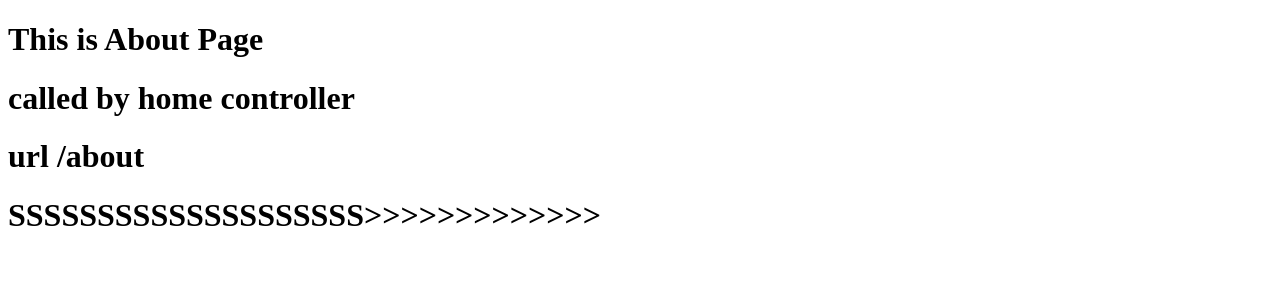
Repository: Sambit-23/Development
Page: http://localhost/springmvc/about
An editor plug-in stored every save of this project. The page is shown before and after the next save, followed by the edit.
The browser window is 1280 px wide. The pictures show the whole page.
The page is served by Tomcat 9. Other server files are loaded and not shown.

Above is the page before, as saved 2023-06-05 08:36:47.

### springmvc/src/main/webapp/WEB-INF/spring-servlet.xml
<?xml version="1.0" encoding="UTF-8"?>
<beans xmlns="http://www.springframework.org/schema/beans"
	xmlns:xsi="http://www.w3.org/2001/XMLSchema-instance"
	xmlns:context="http://www.springframework.org/schema/context"
	xmlns:p="http://www.springframework.org/schema/p"
	xsi:schemaLocation="http://www.springframework.org/schema/beans
    http://www.springframework.org/schema/beans/spring-beans.xsd
    http://www.springframework.org/schema/context
    http://www.springframework.org/schema/context/spring-context.xsd">

<context:component-scan base-package="springmvc.controller"></context:component-scan>
<bean class="org.springframework.web.servlet.view.InternalResourceViewResolver" name="viewResolver">
  <property name="prefix" value="/WEB-INF/views/" />
  <property name="suffix" value=".jsp" />
</bean>

</beans>

<!-- /WEB-INF/views/hello.jsp -->

### springmvc/src/main/webapp/WEB-INF/views/about.jsp
<%@ page language="java" contentType="text/html; charset=ISO-8859-1"
	pageEncoding="ISO-8859-1"%>
<!DOCTYPE html>
<html>
<head>
<meta charset="ISO-8859-1">
<title>About Page</title>
</head>
<body>
	<h1>This is About Page</h1>
	<h1>called by home controller</h1>
	<h1>url /about</h1>
	<h1>SSSSSSSSSSSSSSSSSSSS>>>>>>>>>>>>></h1>
</body>
</html>

### springmvc/src/main/java/springmvc/controller/HomeController.java
package springmvc.controller;

import org.springframework.stereotype.Controller;
import org.springframework.web.bind.annotation.RequestMapping;

@Controller
public class HomeController {

	@RequestMapping("/home")
	public String home() {
		System.out.println("this is home url");
		return "index";
	}

	@RequestMapping("/about")
	public String about() {
		System.out.println("this is about url");
		return "about";
	}

}

After the next save:
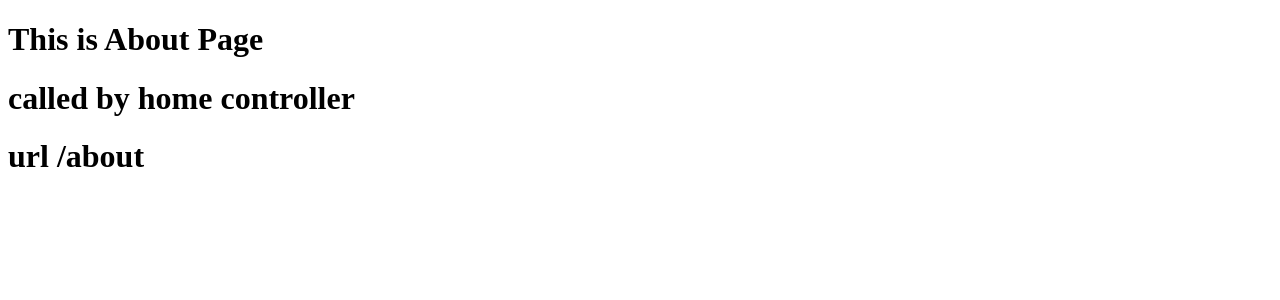
Saved 6 min 48 s later.
--- a/springmvc/src/main/webapp/WEB-INF/views/about.jsp
+++ b/springmvc/src/main/webapp/WEB-INF/views/about.jsp
@@ -10,6 +10,5 @@
 	<h1>This is About Page</h1>
 	<h1>called by home controller</h1>
 	<h1>url /about</h1>
-	<h1>SSSSSSSSSSSSSSSSSSSS>>>>>>>>>>>>></h1>
 </body>
 </html>
